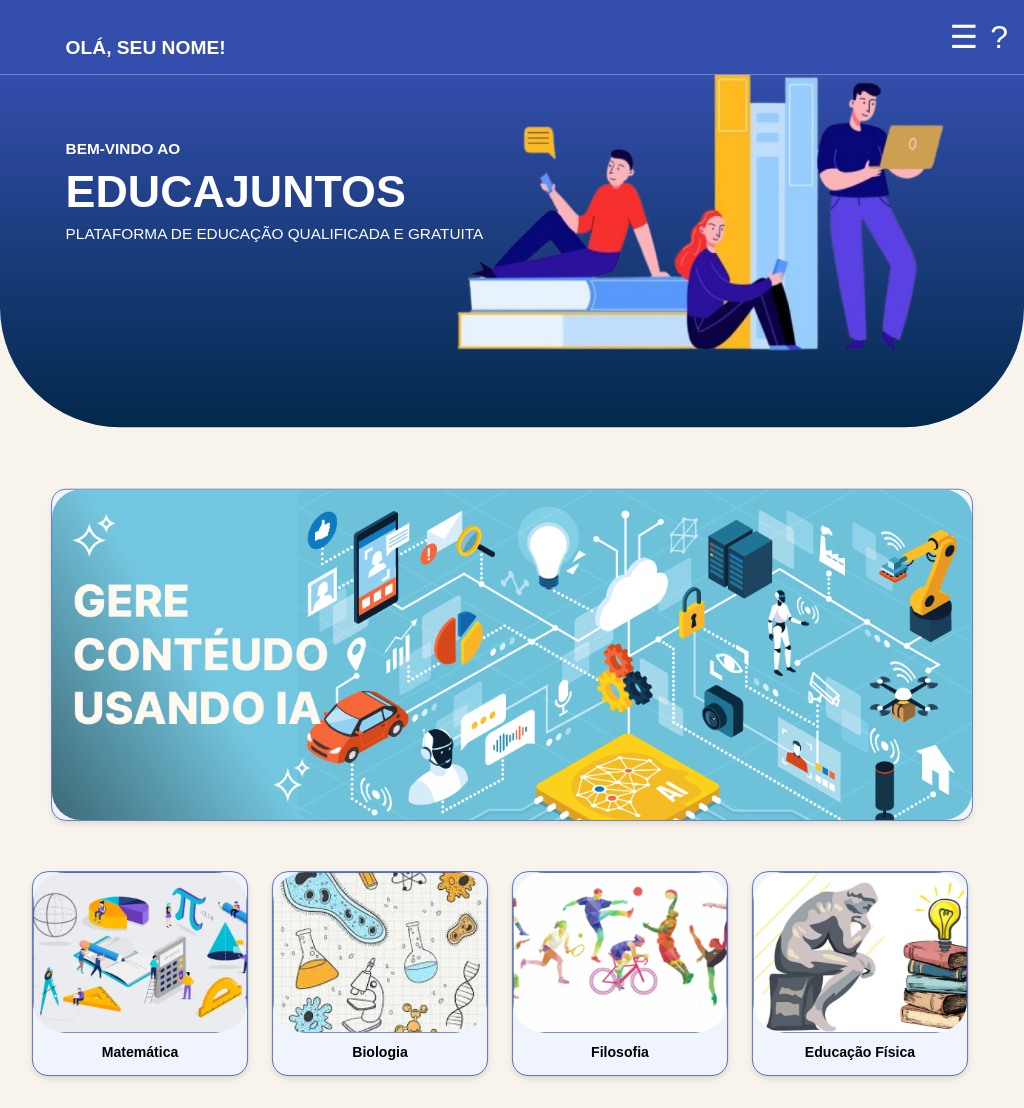
Repository: Matheus904-12/EDUCAJUNTOS
Page: inicio/index.html
An editor plug-in stored every save of this project. The page is shown before and after the next save, followed by the edit.
The browser window is 1280 px wide. The pictures show the whole page, at 80% of full size.

Above is the page before, as saved 2024-10-28 19:58:11.

After the next save:
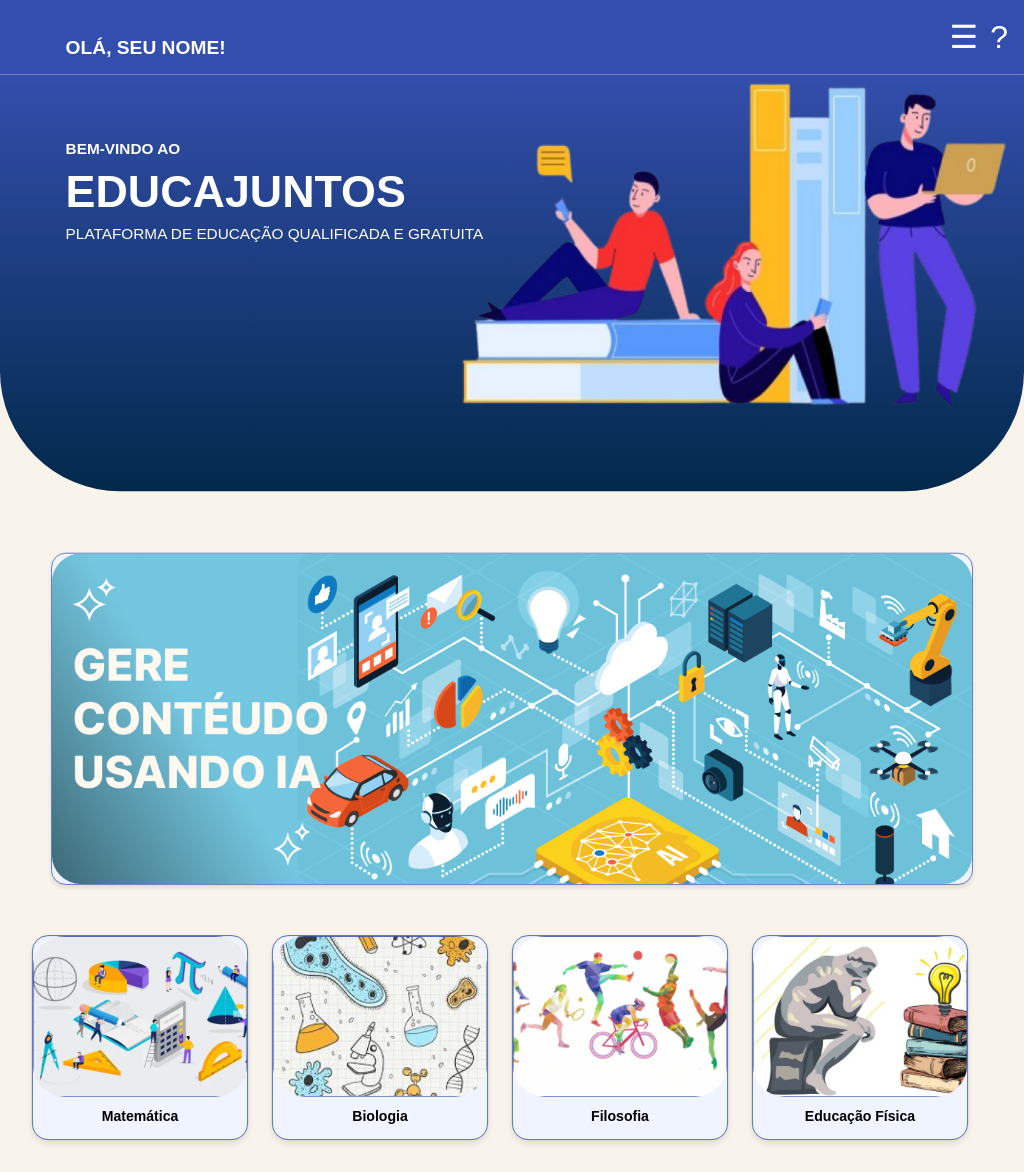
Saved 6 s later.
--- a/inicio/style.css
+++ b/inicio/style.css
@@ -78,8 +78,8 @@ nav {
 .hero-image {
     display: flex;
     margin-left: 40%;
-    width: 700px;
-    height: 500px;
+    width: 782px;
+    height: 580px;
     margin-top: -25%;
 }
 
